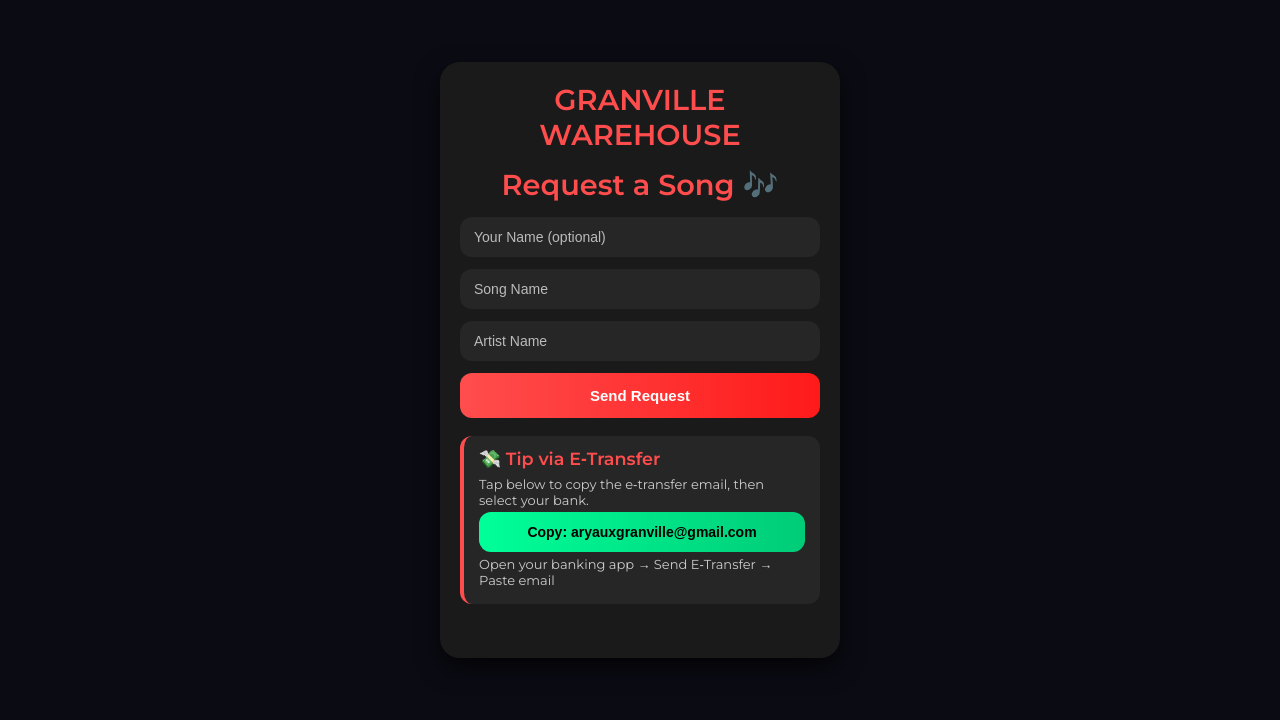
Repository: AryanHeravi/DJ-Request
Page: song_request.html
These files come from the project's save history. The page is drawn as it stood at one moment and after the next save; the edit follows.
The browser window is 1280 px wide. The pictures show the whole page.

Above is the page before, as saved 2026-01-07 01:21:22.

After the next save:
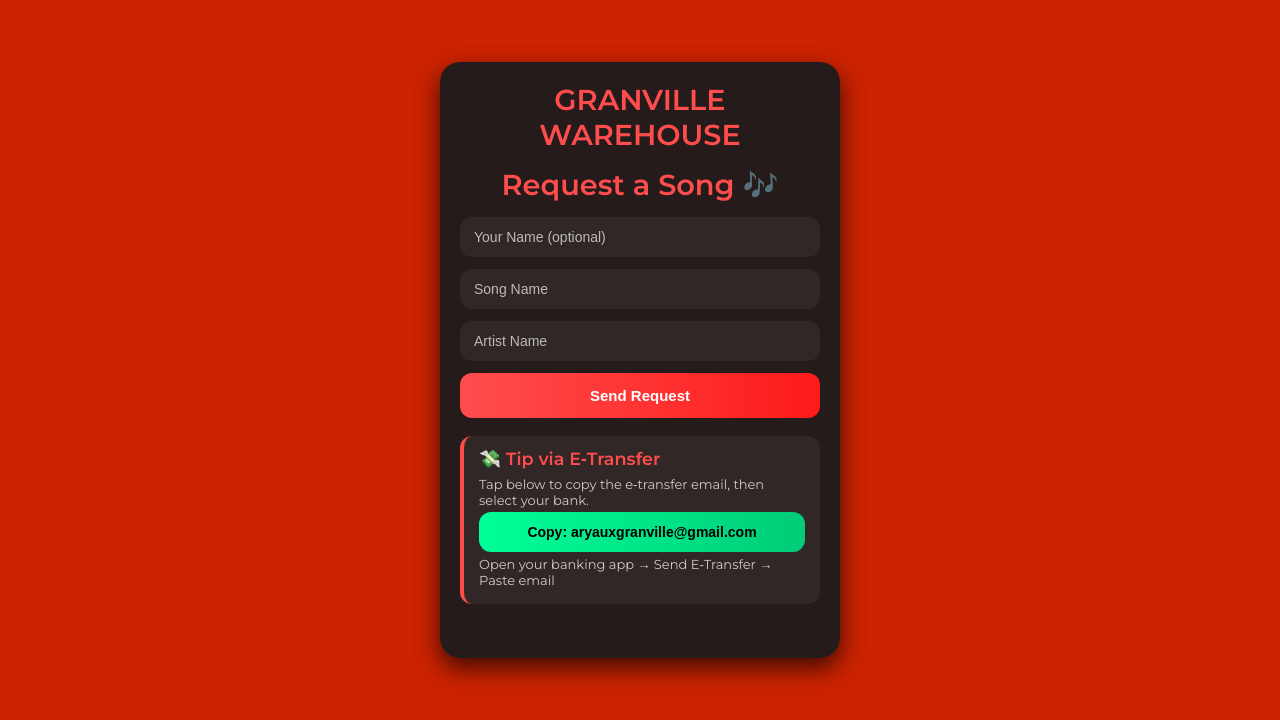
Saved 35 s later.
--- a/song_request.html
+++ b/song_request.html
@@ -10,7 +10,7 @@
 * { box-sizing: border-box; margin:0; padding:0; }
 body {
   font-family: 'Montserrat', sans-serif;
-  background: #0b0b14;
+  background: #cc2300;
   overflow-x: hidden;
   color: #fff;
   display: flex;
